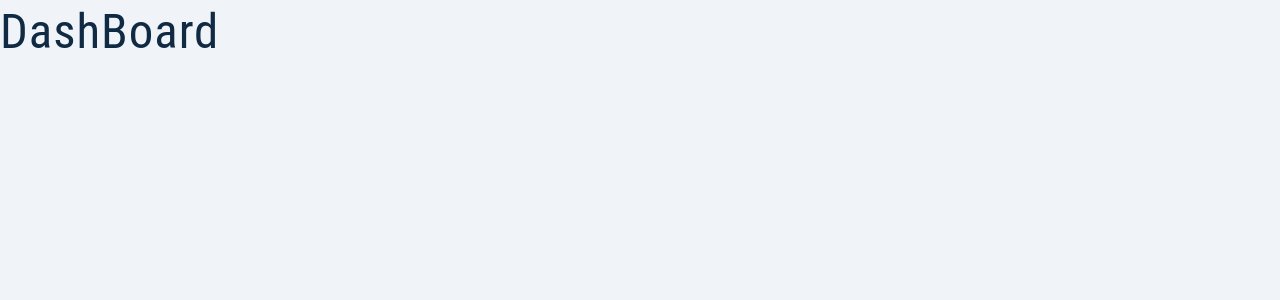
Repository: MinieMoe/JobHunter
Page: / (app in client/)
The author's editor kept a copy of each file at every save. The page is drawn from the files as they stood at one save, then again after the next save.
The browser window is 1280 px wide. The pictures show the whole page.
The project was rebuilt for these pictures with package versions that can differ from the ones it lists, and the page was loaded fresh each time. Also part of the build but not shown: client/src/assets/wrappers/LandingPage.js, client/src/pages/Landing.js, client/src/assets/wrappers/RegisterPage.js, client/src/pages/Register.js, client/src/assets/wrappers/ErrorPage.js, client/src/pages/Error.js. Imported but missing from the stored project, and not drawn on this page: client/src/components.

Above is the page before, as saved 2023-01-04 00:49:01.

After the next save:
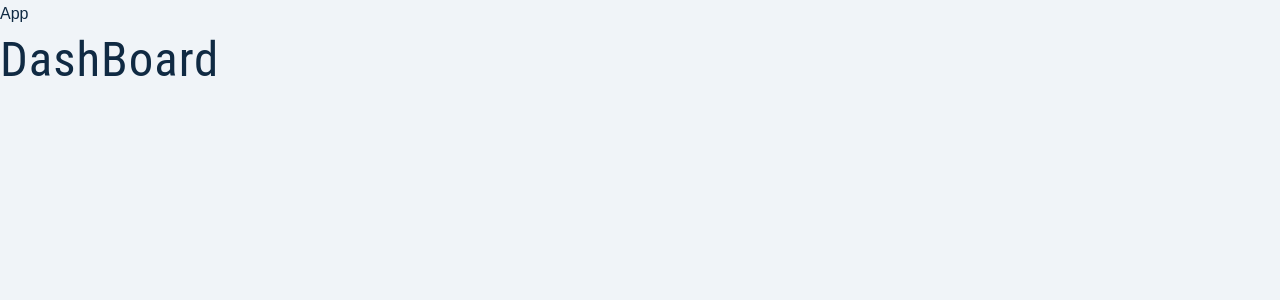
Saved 7 s later.
--- a/client/src/index.js
+++ b/client/src/index.js
@@ -9,6 +9,7 @@
 const root = ReactDOM.createRoot(document.getElementById('root'));
 root.render(
   <React.StrictMode>
+    App
     <App />
   </React.StrictMode>
 );

After the 2 saves that followed:
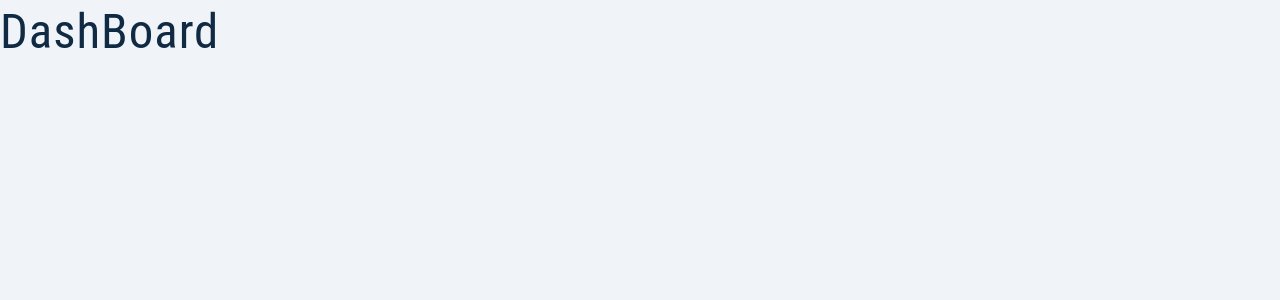
The 2 saves are shown as one change because 1 did not build or start.
The last was saved 12 s later.
--- a/client/src/index.js
+++ b/client/src/index.js
@@ -9,7 +9,9 @@
 const root = ReactDOM.createRoot(document.getElementById('root'));
 root.render(
   <React.StrictMode>
-    App
+    <AppProvider>
+
+    </AppProvider>
     <App />
   </React.StrictMode>
 );
